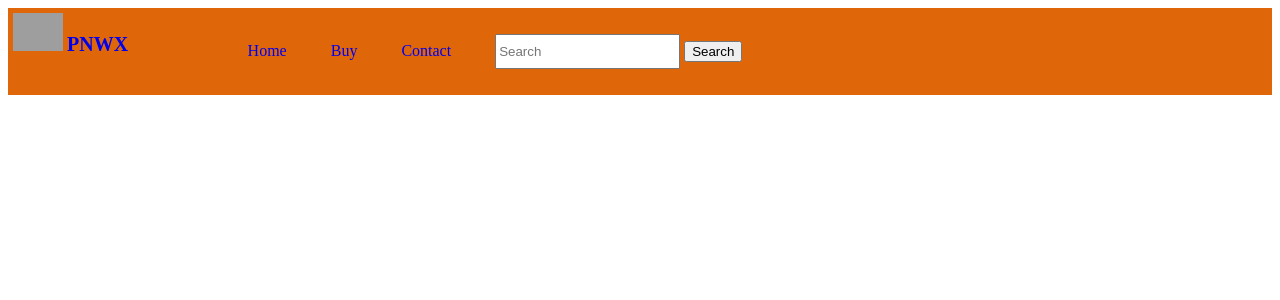
Repository: meiming24/meiming24.github.io
Page: index.html
The author's editor kept a copy of each file at every save. The page is drawn from the files as they stood at one save, then again after the next save.
The browser window is 1280 px wide. The pictures show the whole page.
Pictures or frames that could not be fetched are drawn as grey boxes.

Above is the page before, as saved 2022-05-09 19:22:22.

### index.html
<!DOCTYPE html>
<html lang="en">
<head>
    <meta charset="UTF-8">
    <meta http-equiv="X-UA-Compatible" content="IE=edge">
    <meta name="viewport" content="width=device-width, initial-scale=1.0">
    <title>Pacific Northwest X-Ray</title>
    <link rel="stylesheet" href="index.css" />
</head>
<body>
    <div class="container">

        <div class="logo">
            <img src="https://i.postimg.cc/hG3zmBz9/xray.png" alt="logo">
            <a href="#">PNWX</a>
        </div>

        <div class="nav-bar">
            <nav>
                <ul>
                    <li>
                        <a href="#">Home</a>
                    </li>

                    <li>
                        <a href="#">Buy</a>
                    </li>

                    <li>
                        <a href="#">Contact</a>
                    </li>

                    <li>
                        <form class="d-flex">
                            <input type="search" placeholder="Search"/>
                            <button type="submit">Search</button>
                        </form>
                    </li>

                </ul>


            </nav>



        </div>



    </div>

    <div class="content">

        <div class="item">

        </div>

        <div class="item">

        </div>

        <div class="item">

        </div>

    </div>
</body>
</html>

### index.css
.container {
    display: flex;
    flex-flow: row wrap;
    background-color: #df6609;
}

.container > * {
    padding: 0px;
    margin: 0PX;
    box-sizing: border-box;
}

.logo {
    flex-basis: 15%;
    font-weight: 600;
    text-decoration: none;
    padding: 5px;
    display: inline-block;
}

.logo > img {
    width: 50px;
}

.logo > a {
    text-decoration: none;
    font-size: 20px;
}

.nav-bar {
    display: flex;
    align-items: center;
}

.nav-bar > nav {
    flex: 100%;
    text-align: left;
}

.nav-bar > nav ul {
    display: inline-block;
    list-style-type: none;
}

.nav-bar > nav ul li{
    display: inline-block;
    margin-right: 20px;
    padding: 10px;
}

.nav-bar > nav ul li a{
    text-decoration: none;
    border-bottom-style: none;
}

.nav-bar > nav ul li:hover{
    background-color: #b34f03;
}

.nav-bar > nav ul li form input {
    height: 35px;
    border-radius: ;
}

After the next save:
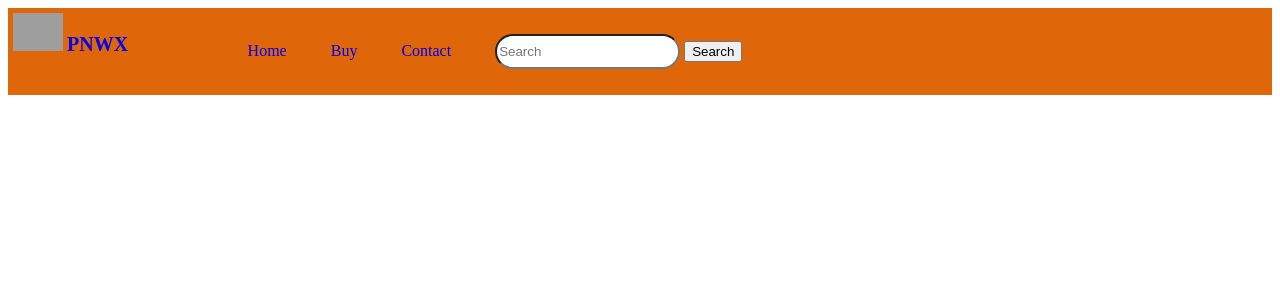
Saved 9 s later.
--- a/index.css
+++ b/index.css
@@ -59,5 +59,5 @@
 
 .nav-bar > nav ul li form input {
     height: 35px;
-    border-radius: ;
+    border-radius: 20px;
 }
